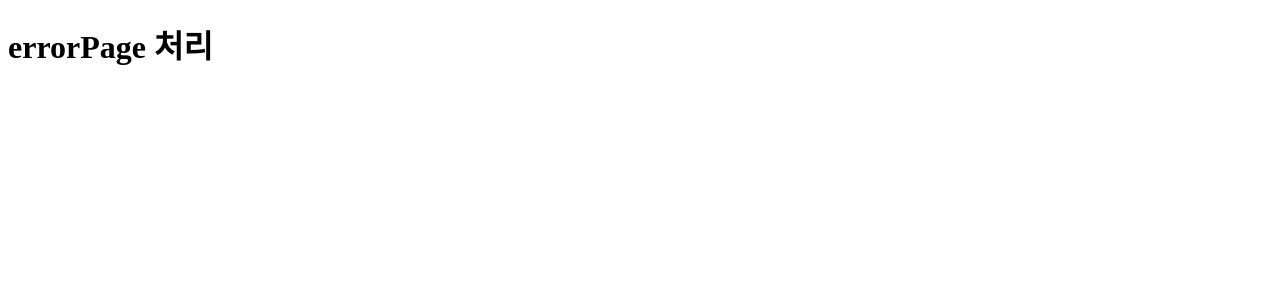
Repository: Jamikidu/newJsp
Page: http://localhost/jspProj/err/bbb.jsp
These files come from the project's save history. The page is drawn as it stood at one moment and after the next save; the edit follows.
The browser window is 1280 px wide. The pictures show the whole page.
The page is served by Tomcat 9. Nobody is signed in. The application's start-up code is not run.

Above is the page before, as saved 2023-07-26 01:47:50.

After the next save:
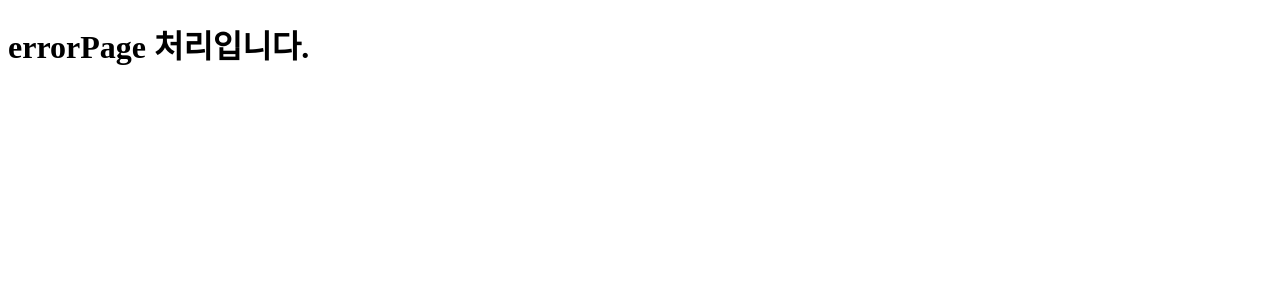
Saved 4 s later.
--- a/jspProj/src/main/webapp/excep/ex02.jsp
+++ b/jspProj/src/main/webapp/excep/ex02.jsp
@@ -7,6 +7,6 @@
 <title>errorPage</title>
 </head>
 <body>
-<h1>errorPage 처리</h1>
+<h1>errorPage 처리입니다.</h1>
 </body>
 </html>
